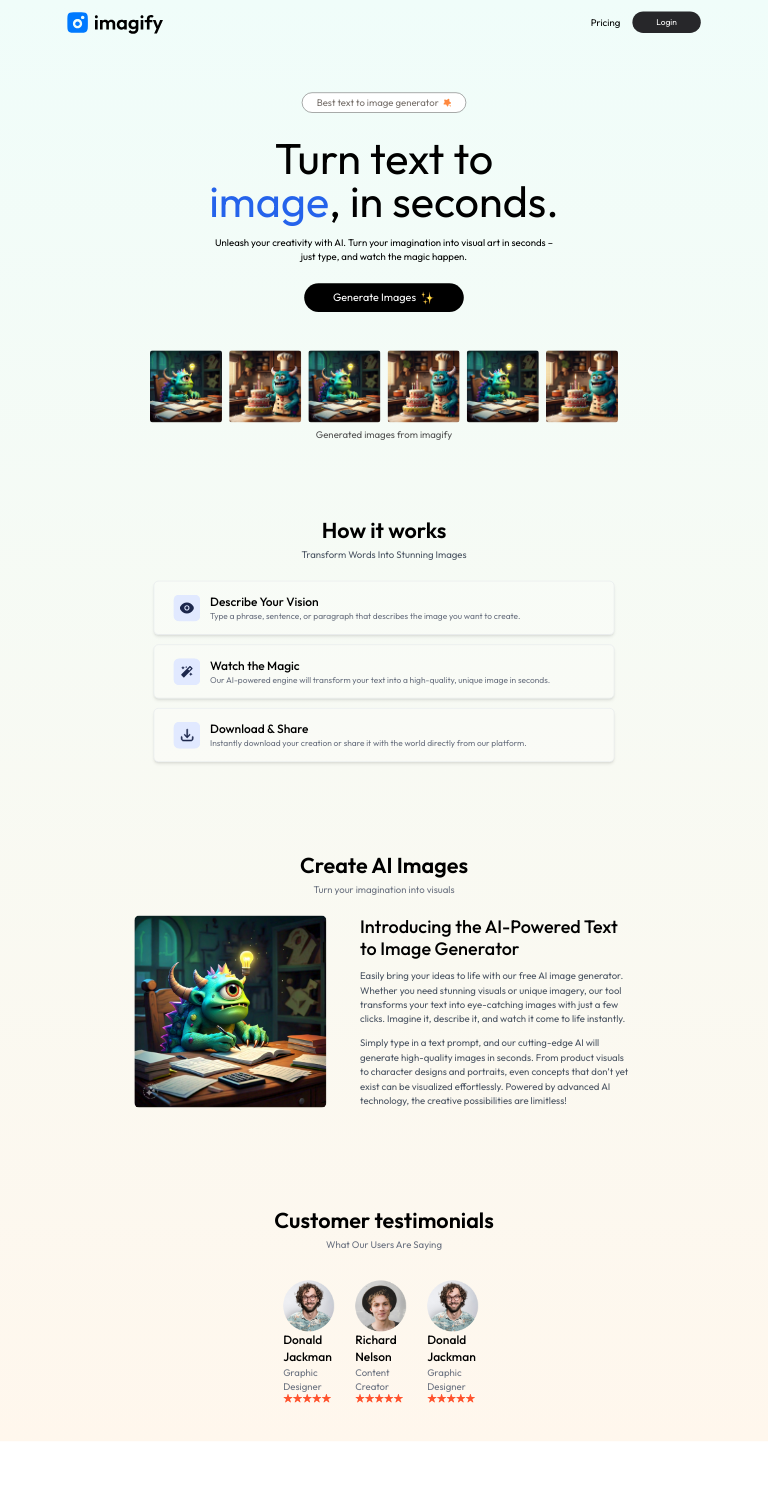
Repository: Abrammse/Abraify
Page: /
An editor plug-in stored every save of this project. The page is shown before and after the next save, followed by the edit.
The browser window is 1280 px wide. The pictures show the whole page, at 60% of full size.
The project was rebuilt for these pictures with package versions that can differ from the ones it lists, and the page was loaded fresh each time. Also part of the build but not shown: vite.config.js, src/pages/Buycredit.jsx.

Above is the page before, as saved 2024-11-25 12:03:44.

### index.html
<!doctype html>
<html lang="en">
  <head>
    <meta charset="UTF-8" />
    <link rel="icon" type="image/svg+xml" href="/favicon.svg" />
    <meta name="viewport" content="width=device-width, initial-scale=1.0" />
    <title>Imagify - Abram</title>
  </head>
  <body>
    <div id="root"></div>
    <script type="module" src="/src/main.jsx"></script>
  </body>
</html>

### src/main.jsx
import { createRoot } from 'react-dom/client'
import './index.css'
import App from './App.jsx'
import { BrowserRouter } from 'react-router-dom'
import AppContextProvider from './context/AppContext.jsx'
createRoot(document.getElementById('root')).render(

  <BrowserRouter>
  <AppContextProvider>
  <App/>
  </AppContextProvider>

  </BrowserRouter>
)

### src/index.css
@import url('https://fonts.googleapis.com/css2?family=Cairo:wght@200..1000&family=Outfit:wght@100..900&display=swap');


@tailwind base;
@tailwind components;
@tailwind utilities;

*{
  font-family: Outfit ;
}

### src/App.jsx
import React from "react";
import { Routes,Route } from "react-router-dom";
import Home from "./pages/Home";
import BuyCredit from "./pages/Buycredit";
import Navbar from "./components/Navbar";
const App = () => {
  return (
    <div className="px-4 sm:px-10 md:px-14 lg:px-28 min-h-screen bg-gradient-to-b from-teal-50 to-orange-50">
     <Navbar />
      <Routes>

        <Route  path="/" element={<Home />}/>
        <Route  path="/BuyCredit" element={<BuyCredit />}/>
      </Routes>
    </div>
  )
}

export default App

### src/context/AppContext.jsx
import { createContext, useState } from "react";
export const AppContext = createContext();

const AppContextProvider = (props) => {
  const [user, setUser] = useState(null);

  const value = {
    user,
    setUser,
  };

  return (
    <AppContext.Provider value={value}>
      {props.children}
    </AppContext.Provider>
  );
};

export default AppContextProvider;

### src/pages/Home.jsx
import React from 'react';
import Header from '../components/Header';
import Steps from '../components/Steps';
import Des from '../components/des';
import Testimonials from '../components/testimonials';
const Home = () => {
  return (
    <div>
      <Header/>
      <Steps/>
      <Des/>
      <Testimonials/>
    </div>
  );
}

export default Home;

### src/components/Navbar.jsx
import React, { useContext } from 'react';
import { assets } from '../assets/assets';
import { Link, useNavigate } from 'react-router-dom';
import { AppContext } from '../context/AppContext';
const Navbar = () => {
  const {user} = useContext(AppContext);
  const navigate = useNavigate();

  return (
    <div className="flex items-center justify-between py-4">
      <Link to="/">
        <img src={assets.logo} alt="Logo" className="w-28 sm:w-32 lg:w-40" />
      </Link>

      <div>
        {user ? (
          <div className="flex items-center gap-2 sm:gap-3">
            <button className="flex items-center gap-2 bg-blue-100 px-4 sm:px-6 py-1.5 sm:py-3 rounded-full hover:scale-105 transition-all duration-700">
              <img src={assets.credit_star} alt="Credits" className="w-5" />
              <p  onClick={() => navigate('/BuyCredit')} className='text-xs sm:text-sm font-medium text-gray-600'>Credits left: 50</p>
            </button>
            <p className='text-gray-600 max-sm:hidden pl-4 '>Hi, Abram</p>
            <div className="relative group">
              <img
                src={assets.profile_icon}
                alt="Profile"
                className="w-10 drop-shadow cursor-pointer"
              />
              <div className="absolute hidden group-hover:block top-0 right-0 z-10  text-black rounded  pt-12">
                <ul   className='list-none m-0 p-2 bg-white rounded-md border text-sm ' >
                  <li className='py-1 px-2  cursor-pointer pr-10 ' >
                    Logout
                  </li>
                </ul>
              </div>
            </div>
          </div>
        ) : (
          <div className="flex items-center gap-2 sm:gap-5">
            <p
              onClick={() => navigate('/BuyCredit')}
              className="cursor-pointer hover:underline"
            >
              Pricing
            </p>
            <button
              className="bg-zinc-800 text-white px-7 py-2 sm:px-10 text-sm rounded-full"
              onClick={() => navigate('/login')}
            >
              Login
            </button>
          </div>
        )}
      </div>
    </div>
  );
};

export default Navbar;

### src/components/Header.jsx
import React from 'react';
import { assets } from '../assets/assets';

const Header = () => {
  return (
<div className="flex flex-col justify-center items-center text-center my-20 ">
<div className="text-stone-500 inline-flex text-center gap-2 bg-white px-6 py-1 rounded-full border border-neutral-500 ">
    <p>Best text to image generator</p>
<img src={assets.star_icon} alt="start"/>
    </div>
    <h1  className='text-4xl  max-w-[300px]   sm:text-7xl sm:max-w-[590px] mx-auto mt-10 text-center  ' >Turn text to <span  className='text-blue-600' >  image</span>, in seconds.</h1>
<p  className='text-center max-w-xl mx-auto mt-5'>Unleash your creativity with AI. Turn your imagination into visual art in seconds – just type, and watch the magic happen. </p>
<button className='sm:text-lg text-white   bg-black w-auto mt-8 px-12 py-2.5 flex  items-center gap-2  rounded-full    ' >Generate Images <img  className='h-6' src={assets.star_group} alt="start"/>
</button>
<div className='flex flex-wrap justify-center mt-16 gap-3 '>
{Array(6).fill().map((item,index)=>(

<img  className='rounded hover:scale-105  transition-all duration-300 cursor-pointer max-sm:w-11    ' src={index % 2=== 0 ? assets.sample_img_2 : assets.sample_img_1 } alt="start" key={index} width={120}  />

))}

</div>

<p className=' mt-2 text-neutral-600'> Generated images from imagify </p>
     </div>
  );
}

export default Header;

### src/components/Steps.jsx
import React from 'react';
import { stepsData } from '../assets/assets';

const Steps = () => {
  return (
    <div className='flex flex-col items-center justify-center my-32'>
      <h1 className='text-3xl sm:text-4xl font-semibold mb-2 '>How it works</h1>
      <p className=' tet-lg mb-8 text-gray-600'> Transform Words Into Stunning Images </p>


      <div className='space-y-4 w-full max-w-3xl text-sm '>
        {stepsData.map((item,index)=>(
            <div key={index}  className='flex items-center gap-4 px-8 p-5 bg-white/20 shadow-md border cursor-pointer hover:scale-[1.02]  transition-all  duration-300 rounded-lg ' >
                <img src={item.icon} alt="" />
            <div>
                <h2 className='text-xl  font-medium' > {item.title}</h2>
                <p className='text-gray-500' > {item.description}</p>

            </div>
            </div>
        ))}
      </div>

      </div>
  );
}

export default Steps;

### src/components/des.jsx
import React from 'react';
import { assets } from '../assets/assets';

const Des = () => {
  return (
<div className='flex flex-col items-center justify-center my-24 p-6 md:px-28'>
            <h1 className='text-3xl sm:text-4xl font-semibold mb-2 '>Create AI Images</h1>
            <p className=' tet-lg mb-8 text-gray-500'> Turn your imagination into visuals </p>

<div className='flex flex-col gap-5 md:gap-14 md:flex-row'>
<img src={assets.sample_img_2} alt="Credits" className="w-80 xl:w9 rounded-lg " />

<div>
    <h2 className='text-3xl font-medium max-w-lg mb-4'>
    Introducing the AI-Powered Text to Image Generator
    </h2>
    <p className='text-gray-600 mb-4' >
    Easily bring your ideas to life with our free AI image generator. Whether you need stunning visuals or unique imagery, our tool transforms your text into eye-catching images with just a few clicks. Imagine it, describe it, and watch it come to life instantly.
    </p>
    <p className='text-gray-600' >
    Simply type in a text prompt, and our cutting-edge AI will generate high-quality images in seconds. From product visuals to character designs and portraits, even concepts that don’t yet exist can be visualized effortlessly. Powered by advanced AI technology, the creative possibilities are limitless!
    </p>
</div>

</div>

    </div>
  );
}

export default Des;

### src/components/testimonials.jsx
import React from 'react';
import { assets, testimonialsData } from '../assets/assets';

const Testimonials = () => {
  return (
<div className='flex flex-col items-center justify-center my-20 py-12'>
            <h1 className='text-3xl sm:text-4xl font-semibold mb-2 '>Customer testimonials</h1>
            <p className='  mb-12 text-gray-500'> What Our Users Are Saying </p>

            <div className='flex flex-wrap gap-6 '>
        {testimonialsData.map((item,index)=>(
            <div key={index}  className='rounded-full w-24 ' >
                <img src={item.image} alt="" />
            <div>
                <h2 className='text-xl  font-medium' > {item.name}</h2>
                <p className='text-gray-500' > {item.role}</p>
                <div className='flex mb-4'>
{Array(item.stars).fill().map((ite,index)=>(
                    <img   key={index} src={assets.rating_star} alt="" />

))}

                </div>

            </div>
            </div>
        ))}
      </div>

    </div>

  );
}

export default Testimonials;

### src/assets/assets.js
import logo from './logo.svg'
import logo_icon from './logo_icon.svg'
import facebook_icon from './facebook_icon.svg'
import instagram_icon from './instagram_icon.svg'
import twitter_icon from './twitter_icon.svg'
import star_icon from './star_icon.svg'
import rating_star from './rating_star.svg'
import sample_img_1 from './sample_img_1.png'
import sample_img_2 from './sample_img_2.png'
import profile_img_1 from './profile_img_1.png'
import profile_img_2 from './profile_img_2.png'
import step_icon_1 from './step_icon_1.svg'
import step_icon_2 from './step_icon_2.svg'
import step_icon_3 from './step_icon_3.svg'
import email_icon from './email_icon.svg'
import lock_icon from './lock_icon.svg'
import cross_icon from './cross_icon.svg'
import star_group from './star_group.png'
import credit_star from './credit_star.svg'
import profile_icon from './profile_icon.png'

export const assets = {
    logo,
    logo_icon,
    facebook_icon,
    instagram_icon,
    twitter_icon,
    star_icon,
    rating_star,
    sample_img_1,
    sample_img_2,
    email_icon,
    lock_icon,
    cross_icon,
    star_group,
    credit_star,
    profile_icon
}

export const stepsData = [
    {
      title: 'Describe Your Vision',
      description: 'Type a phrase, sentence, or paragraph that describes the image you want to create.',
      icon: step_icon_1,
    },
    {
      title: 'Watch the Magic',
      description: 'Our AI-powered engine will transform your text into a high-quality, unique image in seconds.',
      icon: step_icon_2,
    },
    {
      title: 'Download & Share',
      description: 'Instantly download your creation or share it with the world directly from our platform.',
      icon: step_icon_3,
    },
  ];

export const testimonialsData = [
    {
        image:profile_img_1,
        name:'Donald Jackman',
        role:'Graphic Designer',
        stars:5,
        text:`I've been using bg.removal for nearly two years, primarily for Instagram, and it has been incredibly user-friendly, making my work much easier.`
    },
    {
        image:profile_img_2,
        name:'Richard Nelson',
        role:'Content Creator',
        stars:5,
        text:`I've been using bg.removal for nearly two years, primarily for Instagram, and it has been incredibly user-friendly, making my work much easier.`
    },
    {
        image:profile_img_1,
        name:'Donald Jackman',
        role:' Graphic Designer',
        stars:5,
        text:`I've been using bg.removal for nearly two years, primarily for Instagram, and it has been incredibly user-friendly, making my work much easier.`
    },
]

export const plans = [
    {
      id: 'Basic',
      price: 10,
      credits: 100,
      desc: 'Best for personal use.'
    },
    {
      id: 'Advanced',
      price: 50,
      credits: 500,
      desc: 'Best for business use.'
    },
    {
      id: 'Business',
      price: 250,
      credits: 5000,
      desc: 'Best for enterprise use.'
    },
  ]

Loaded but not shown: tailwind.config.js (common file)

After the next save:
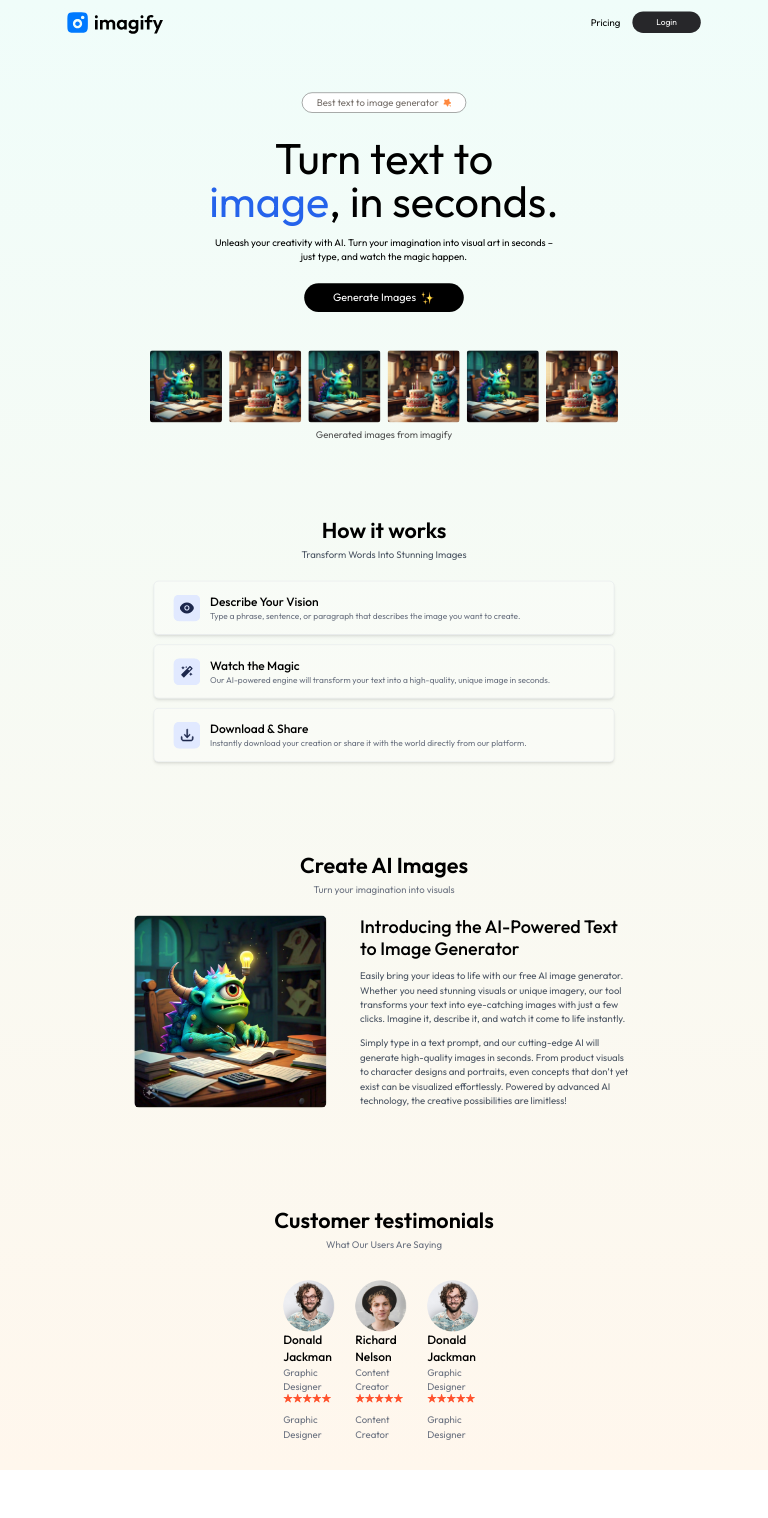
Saved 35 s later.
--- a/src/components/testimonials.jsx
+++ b/src/components/testimonials.jsx
@@ -21,6 +21,7 @@ const Testimonials = () => {
 ))}
 
                 </div>
+                <p className='text-gray-500' > {item.role}</p>
 
             </div>
             </div>
